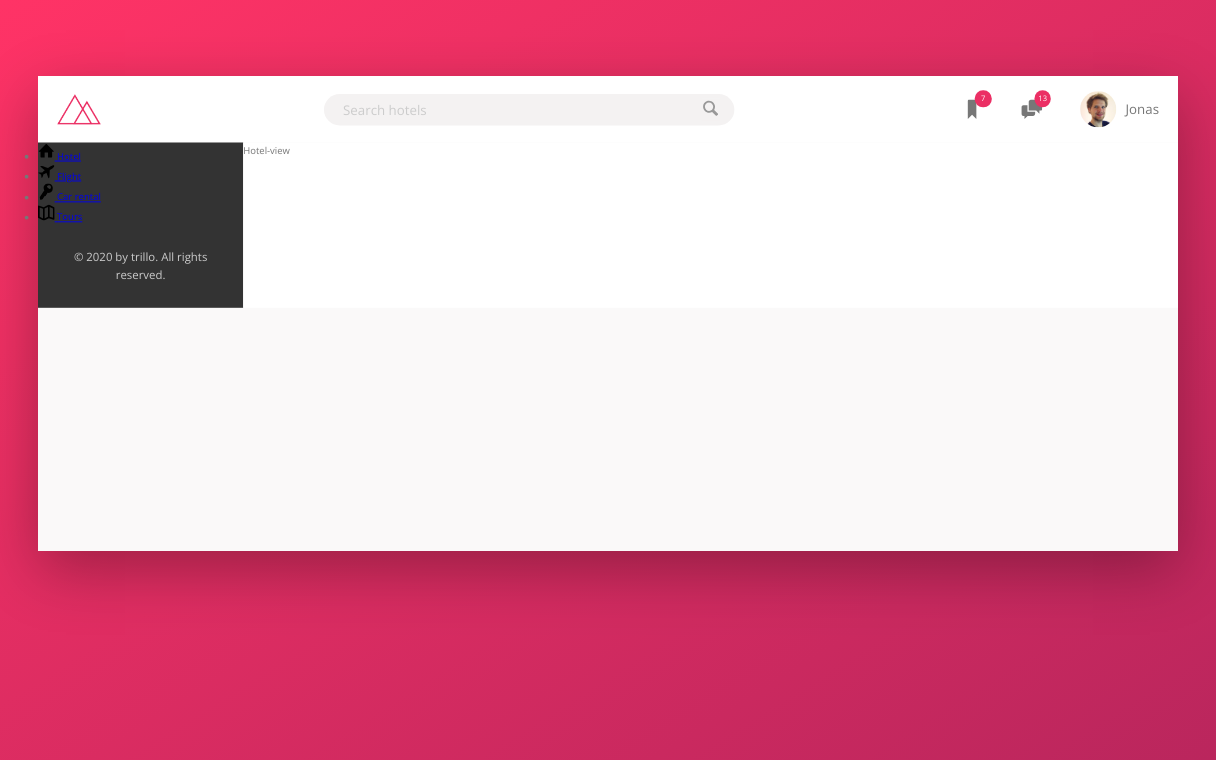
Repository: Lithium87/Trillo
Page: index.html
The author's editor kept a copy of each file at every save. The page is drawn from the files as they stood at one save, then again after the next save.
The browser window is 1280 px wide. The pictures show the whole page, at 95% of full size.
The style sheet was rebuilt from its Sass, Less or Tailwind sources for each picture, by a compiler version that may differ from the author's.

Above is the page before, as saved 2020-05-15 23:58:29.

### index.html
<!DOCTYPE html>
<html lang="en">

<head>
    <meta charset="UTF-8">
    <meta name="viewport" content="width=device-width, initial-scale=1.0">

    <link href="https://fonts.googleapis.com/css?family=Open+Sans:300,400,600" rel="stylesheet">
    <link rel="stylesheet" href="css/style.css">
    <link rel="shortcut icon" type="image/png" href="img/favicon.png">

    <title>trillo &mdash; Your all-in-one booking app</title>
</head>

<body>
    <div class="container">
        <header class="header">
            <img src="img/logo.png" alt="Trillo logo" class="logo">
            <form action="#" class="search">
                <input type="text" class="search__input" placeholder="Search hotels">
                <button class="search__button">
                    <svg class="search__icon">
                        <use xlink:href="img/sprite.svg#icon-magnifying-glass"></use>
                    </svg>
                </button>
            </form>

            <nav class="user-nav">
                <div class="user-nav__icon-box">
                    <svg class="user-nav__icon">
                        <use xlink:href="img/sprite.svg#icon-bookmark"></use>
                    </svg>
                    <span class="user-nav__notification">7</span>
                </div>
                <div class="user-nav__icon-box">
                    <svg class="user-nav__icon">
                        <use xlink:href="img/sprite.svg#icon-chat"></use>
                    </svg>
                    <span class="user-nav__notification">13</span>
                </div>
                <div class="user-nav__user">
                    <img src="img/user.jpg" alt="User photo" class="user-nav__user-photo">
                    <span class="user-nav__user-name">Jonas</span>
                </div>
            </nav>
        </header>
        <div class="content">
            <nav class="sidebar">
                <ul class="side-nav">
                    <li class="side-nav__item">
                        <a href="#" class="side-nav__link">
                            <svg class="side-nav__icon">
                                <use xlink:href="img/stripe.svg#icon-home"></use>
                            </svg>
                            <span>Hotel</span>
                        </a>
                    </li>
                    <li class="side-nav__item">
                        <a href="#" class="side-nav__link">
                            <svg class="side-nav__icon">
                                <use xlink:href="img/stripe.svg#icon-aircraft"></use>
                            </svg>
                            <span>Flight</span>
                        </a>
                    </li>
                    <li class="side-nav__item">
                        <a href="#" class="side-nav__link">
                            <svg class="side-nav__icon">
                                <use xlink:href="img/stripe.svg#icon-key"></use>
                            </svg>
                            <span>Car rental</span>
                        </a>
                    </li>
                    <li class="side-nav__item">
                        <a href="#" class="side-nav__link">
                            <svg class="side-nav__icon">
                                <use xlink:href="img/stripe.svg#icon-map"></use>
                            </svg>
                            <span>Tours</span>
                        </a>
                    </li>
                </ul>
                <div class="legal">
                    &copy; 2020 by trillo. All rights reserved.
                </div>
            </nav>
            <main class="hotel-view">
                Hotel-view
            </main>
        </div>
    </div>
</body>

</html>

### sass/_base.scss
:root {
    --color-primary: #eb2f64;
    --color-primary-light: #FF3366;
    --color-primary-dark: #BA265D;
    --color-grey-light-1: #faf9f9;
    --color-grey-light-2: #f4f2f2;
    --color-grey-light-3: #f0eeee;
    --color-grey-light-4: #ccc;
    --color-grey-dark-1: #333;
    --color-grey-dark-2: #777;
    --color-grey-dark-3: #999;
    --shadow-dark: 0 2rem 6rem rgba(0, 0, 0, .3);
}

* {
    margin: 0;
    padding: 0;
}

*,
*::before,
*::after {
    box-sizing: inherit;
}

html {
    box-sizing: border-box;
    font-size: 62.5%; // 1rem = 10px
}

body {
    font-family: 'Open Sans', sans-serif;
    font-weight: 400;
    line-height: 1.6;
    color: var(--color-grey-dark-2);
    background-image: linear-gradient(to right bottom, var(--color-primary-light), var(--color-primary-dark));
    background-size: cover;
    background-repeat: no-repeat;
    min-height: 100vh;
}

### sass/_layout.scss
.container {
    max-width: 120rem;
    margin: 8rem auto;
    background-color: var(--color-grey-light-1);
    box-shadow: var(--shadow-dark);
    min-height: 50rem;
}

.header {
    font-size: 1.4rem;
    height: 7rem;
    background-color: #fff;
    border-bottom: var(--color-grey-light-2);
    display: flex;
    justify-content: space-between;
    align-items: center;
}

.content {
    display: flex;
}

.sidebar {
    background-color: var(--color-grey-dark-1);
    flex: 0 0 18%;
}

.hotel-view {
    background-color: #fff;
    flex: 1;
}

### sass/_components.scss
///////////////////////
//LOGO
.logo {
    height: 3.25rem;
    margin-left: 2rem;
}

///////////////////////
//SEARCH BOX
.search {
    flex: 0 0 40%;
    display: flex;
    align-items: center;
    justify-content: center;
    &__input {
        font-family: inherit;
        font-size: inherit;
        color: inherit;
        background-color: var(--color-grey-light-2);
        border: none;
        padding: .7rem 2rem;
        border-radius: 100px;
        width: 90%;
        transition: all .2s;
        margin-right: -3.5rem;
        &:focus {
            outline: none;
            width: 100%;
            background-color: var(--color-grey-light-3);
        }
        &::-webkit-input-placeholder {
            font-weight: 100;
            color: var(--color-grey-light-4);
        }
    }
    &__input:focus+&__button {
        background-color: var(--color-grey-light-3);
    }
    &__button {
        border: none;
        background-color: var(--color-grey-light-2);
        &:focus {
            outline: none;
        }
        &:active {
            transform: translateY(2px);
        }
    }
    &__icon {
        height: 2rem;
        width: 2rem;
        fill: var(--color-grey-dark-3);
    }
}

///////////////////////
//USER NAVIGATION
.user-nav {
    align-self: stretch;
    display: flex;
    align-items: center;
    &>* {
        padding: 0 2rem;
        cursor: pointer;
        height: 100%;
        display: flex;
        align-items: center;
    }
    &>*:hover {
        background-color: var(--color-grey-light-2);
    }
    &__icon-box {
        position: relative;
    }
    &__icon {
        height: 2.25rem;
        width: 2.25rem;
        fill: var(--color-grey-dark-2);
    }
    &__notification {
        font-size: .8rem;
        height: 1.75rem;
        width: 1.75rem;
        border-radius: 50%;
        background-color: var(--color-primary);
        color: #fff;
        position: absolute;
        top: 1.5rem;
        right: 1.1rem;
        display: flex;
        justify-content: center;
        align-items: center;
    }
    &__user-photo {
        height: 3.75rem;
        border-radius: 50%;
        margin-right: 1rem;
    }
}

///////////////////////
//SIDE NAVIGATION
.side-nav {
    &__item {}
    &__link {}
    &__icon {
        width: 1.75rem;
        height: 1.75rem;
    }
}

///////////////////////
//LEGAL TEXT
.legal {
    font-size: 1.2rem;
    color: var(--color-grey-light-4);
    text-align: center;
    padding: 2.5rem;
}

Loaded but not shown: sass/main.scss (common file)

After the next save:
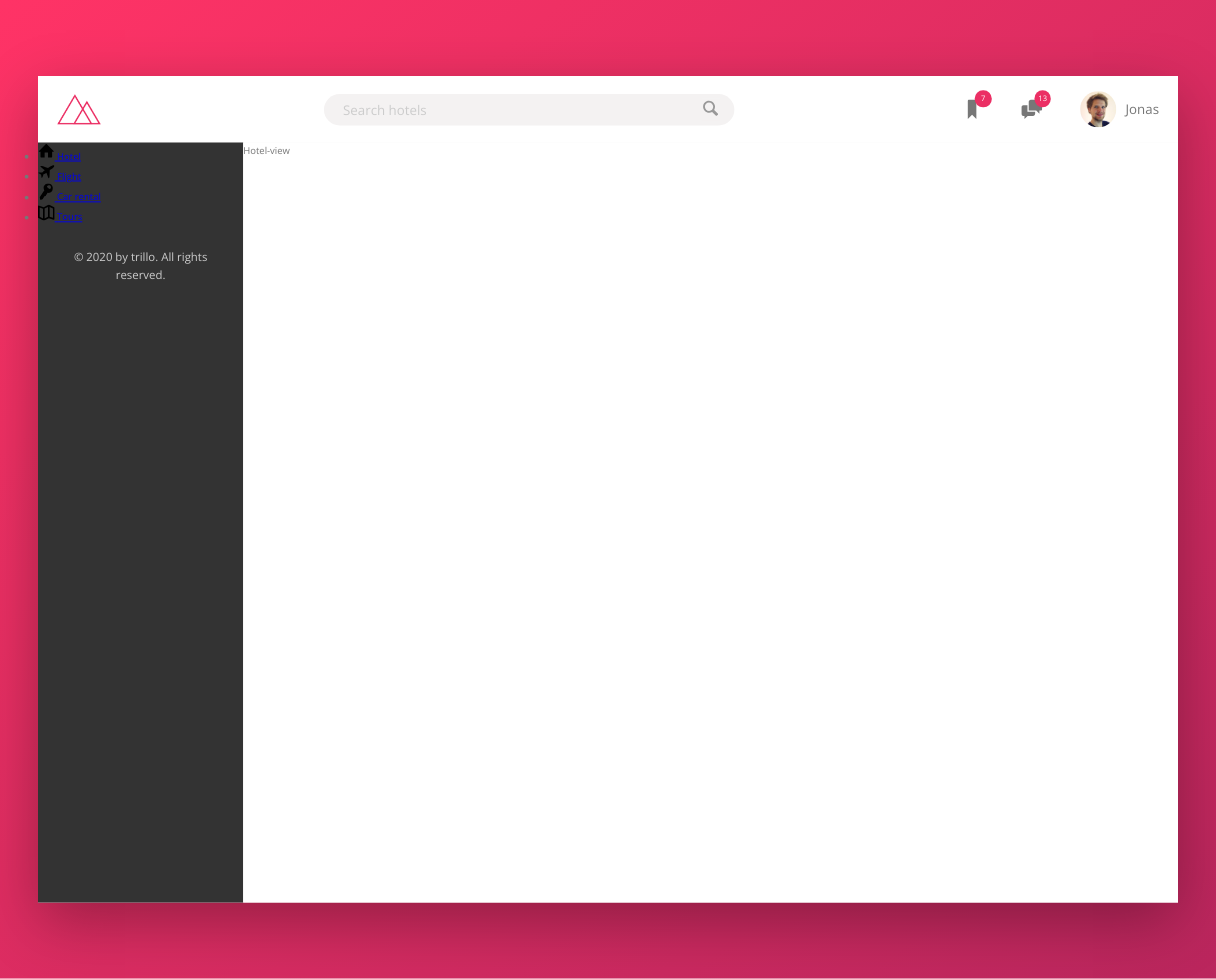
Saved 118 s later.
--- a/sass/_layout.scss
+++ b/sass/_layout.scss
@@ -28,4 +28,5 @@
 .hotel-view {
     background-color: #fff;
     flex: 1;
+    height: 80rem;
 }
